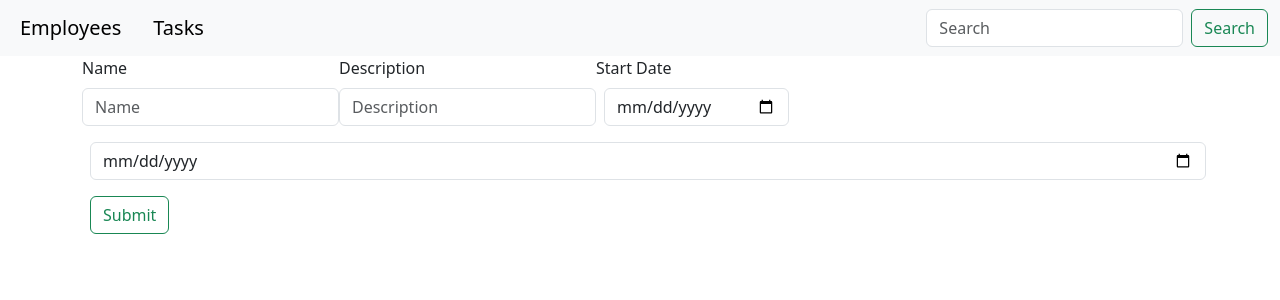
Repository: RaffiBarseghyan/employees
Page: /tasks
These files come from the project's save history. The page is drawn as it stood at one moment and after a run of saves; the edit follows.
The browser window is 1280 px wide. The pictures show the whole page.
The project was rebuilt for these pictures with package versions that can differ from the ones it lists, and the page was loaded fresh each time. Some packages were replaced by stand-ins written for this rebuild. Also part of the build but not shown: src/App.css, src/Pages/Employees/employees.module.scss, src/Pages/UpDel/upDel.module.scss, src/Pages/UpDel/delete.jsx, src/Pages/Employees/employees.jsx, src/Pages/Tasks/tasks.module.scss, src/Pages/UpDel/update.jsx.

Above is the page before, as saved 2023-06-15 21:35:02.

After the next 6 saves:
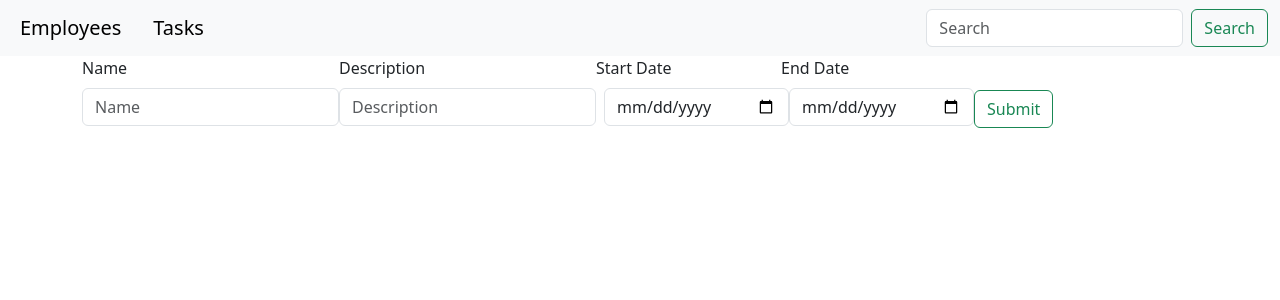
The 6 saves are shown as one change because they came seconds apart.
The last was saved 13 s later.
--- a/src/Pages/Tasks/tasks.jsx
+++ b/src/Pages/Tasks/tasks.jsx
@@ -42,15 +42,16 @@ function Tasks() {
           />
         </label>
 
-        <label htmlFor=""></label>
-
-        <input
-          className="form-control m-2"
-          type="date"
-          id="endDate"
-          name="endDate"
-          placeholder="endDate"
-        />
+        <label htmlFor="endDate">
+        End Date
+          <input
+            className="form-control m-2"
+            type="date"
+            id="endDate"
+            name="endDate"
+            placeholder="endDate"
+          />
+        </label>
 
         <input
           className="btn btn-outline-success m-2"
